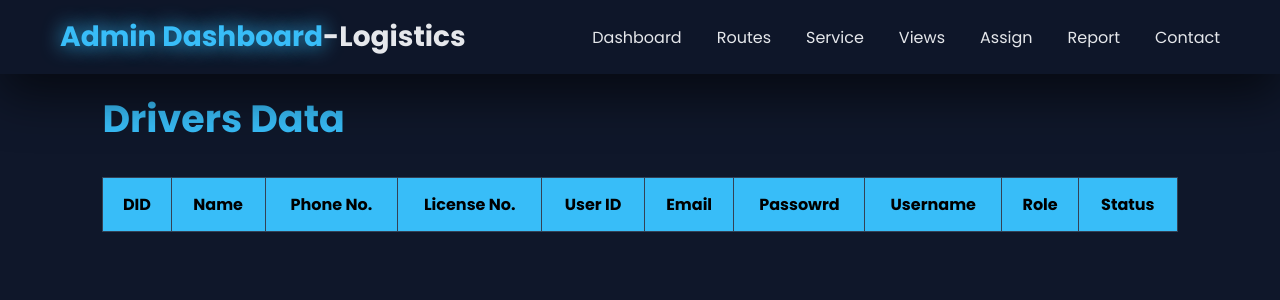
Repository: Pintu-6545/Java_Programming
Page: http://localhost/GreenFleetApplication/view-drivers.jsp
These files come from the project's save history. The page is drawn as it stood at one moment and after the next save; the edit follows.
The browser window is 1280 px wide. The pictures show the whole page.
The page is served by Tomcat 10. Queries for data that is not in the repository find no rows.

Above is the page before, as saved 2025-12-25 06:10:09.

After the next save:
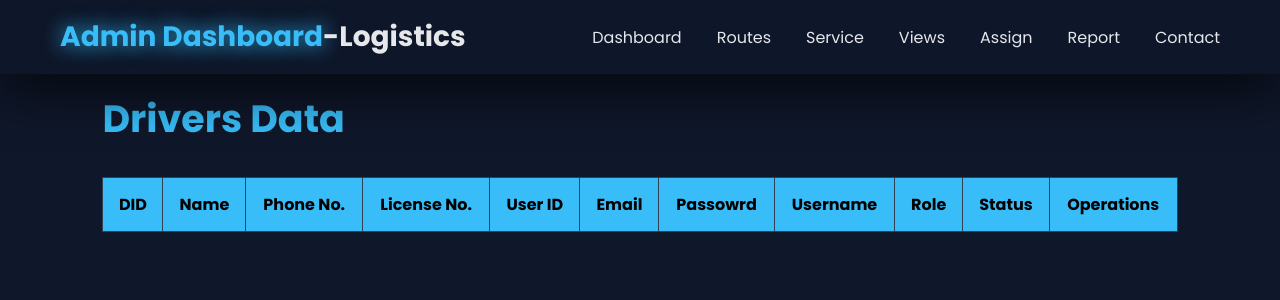
Saved 27 s later.
--- a/Assessement/GreenFeetApp1/GreenFleetApplication/src/main/webapp/view-drivers.jsp
+++ b/Assessement/GreenFeetApp1/GreenFleetApplication/src/main/webapp/view-drivers.jsp
@@ -28,6 +28,7 @@
 				<th>Username</th>
 				<th>Role</th>
 				<th>Status</th>
+				<th>Operations</th>
 			</tr>
 			<%
 			List<DriverView> list = DriversDao.getAllDriverDetails();
